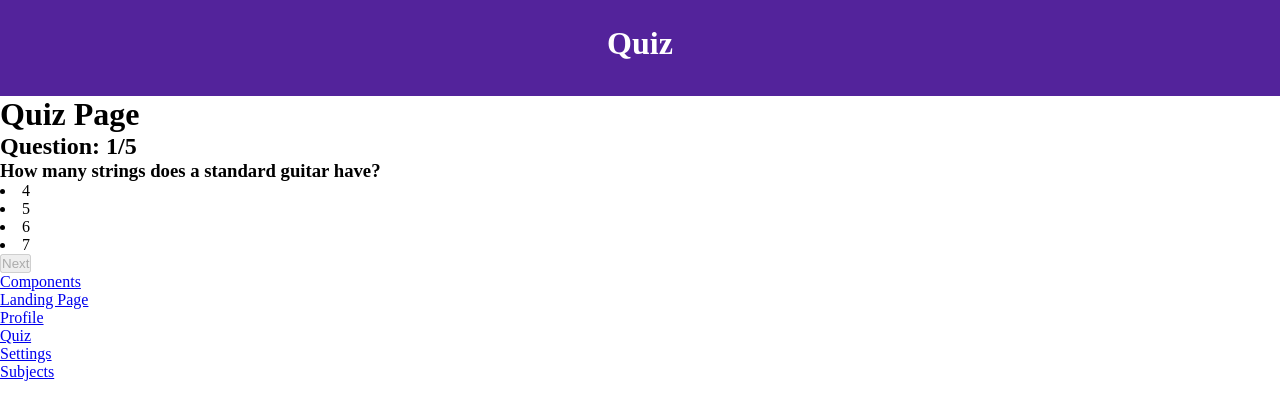
Repository: 1medi/pocketprof
Page: /quiz/page
An editor plug-in stored every save of this project. The page is shown before and after the next save, followed by the edit.
The browser window is 1280 px wide. The pictures show the whole page.
The project was rebuilt for these pictures with package versions that can differ from the ones it lists, and the page was loaded fresh each time. The framework's server and built-in components were replaced by stand-ins that run in the browser. Also part of the build but not shown: next.config.mjs, Components/Buttons/Oscar/Oscar.module.css, Components/Buttons/Oscar/index.js.

Above is the page before, as saved 2024-04-13 19:49:05.

After the next save:
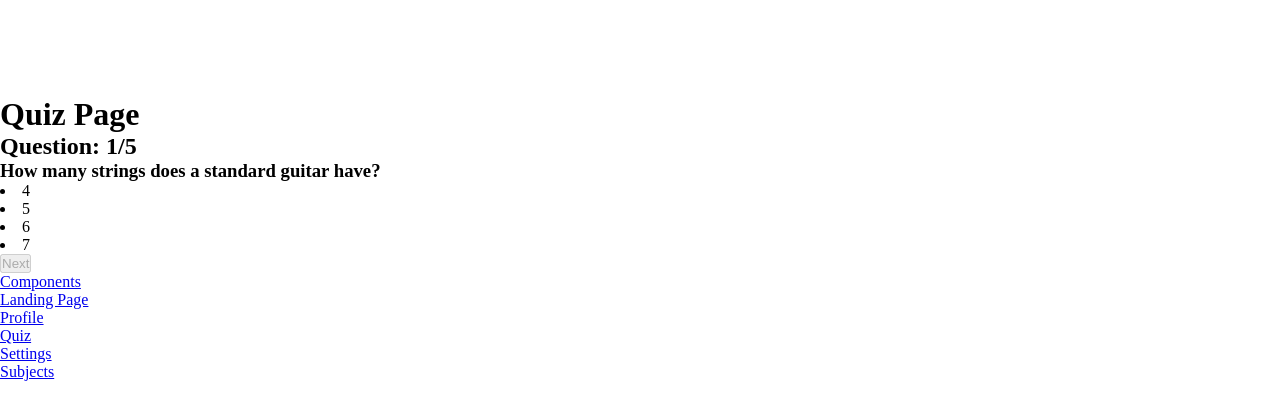
Saved 13 s later.
--- a/Components/Header/Header.module.css
+++ b/Components/Header/Header.module.css
@@ -1,5 +1,5 @@
 .header{
-  background-color: var(--main-color-purple);
+  background-color: var(--main-color-purple) 50%;
   width: 100%;
   max-height: 400;
   height: 6em;

After the save that followed:
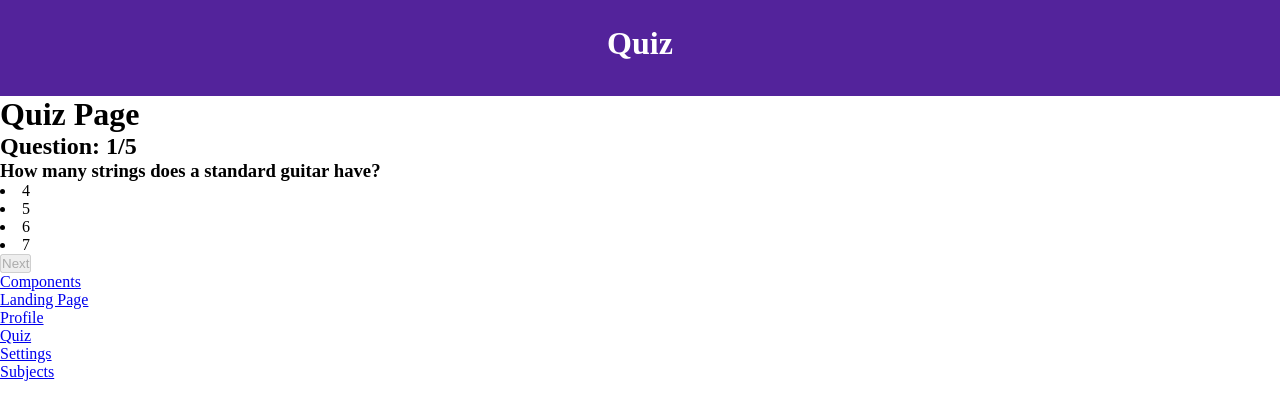
Saved 7 s later.
--- a/Components/Header/Header.module.css
+++ b/Components/Header/Header.module.css
@@ -1,5 +1,5 @@
 .header{
-  background-color: var(--main-color-purple) 50%;
+  background-color: var(--main-color-purple);
   width: 100%;
   max-height: 400;
   height: 6em;
